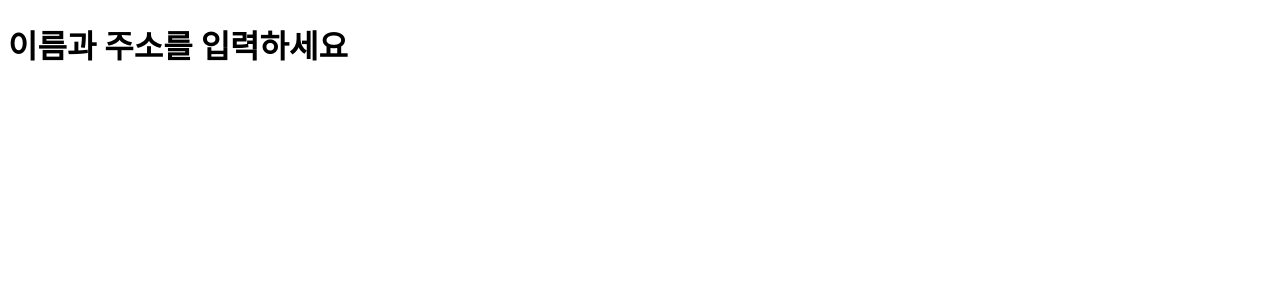
Repository: SongHyeSun/JSP
Page: jspSrc17/och02/src/main/webapp/name.html
These files come from the project's save history. The page is drawn as it stood at one moment and after the next save; the edit follows.
The browser window is 1280 px wide. The pictures show the whole page.

Above is the page before, as saved 2024-07-09 07:02:29.

### jspSrc17/och02/src/main/webapp/name.html
<!DOCTYPE html>
<html>
<head>
<meta charset="UTF-8">
<title>Insert title here</title>
</head>
<body>
	<h1>이름과 주소를 입력하세요</h1>
</body>
</html>

After the next save:
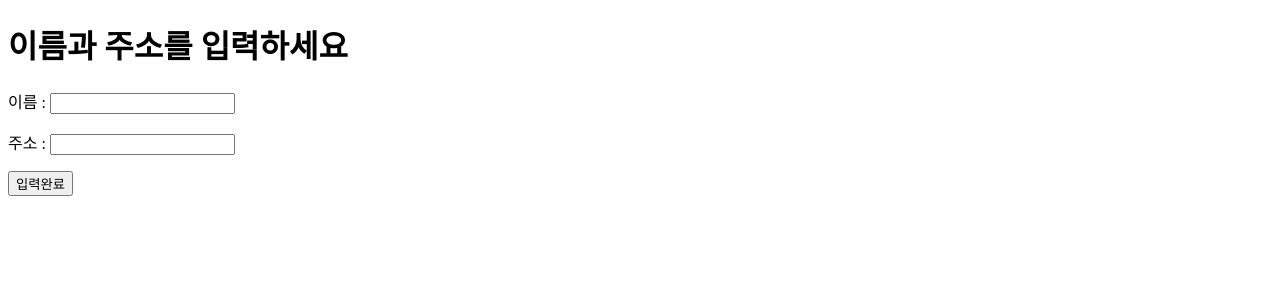
Saved 5 min 45 s later.
--- a/jspSrc17/och02/src/main/webapp/name.html
+++ b/jspSrc17/och02/src/main/webapp/name.html
@@ -6,5 +6,10 @@
 </head>
 <body>
 	<h1>이름과 주소를 입력하세요</h1>
+	<form action="Name3" name="frm" onsubmit="return chk()">
+		이름 : <input type="text" name="name"><p>
+		주소 : <input type="text" name="name"><p>
+		<input type="submit" value="입력완료">
+	</form>
 </body>
 </html>
